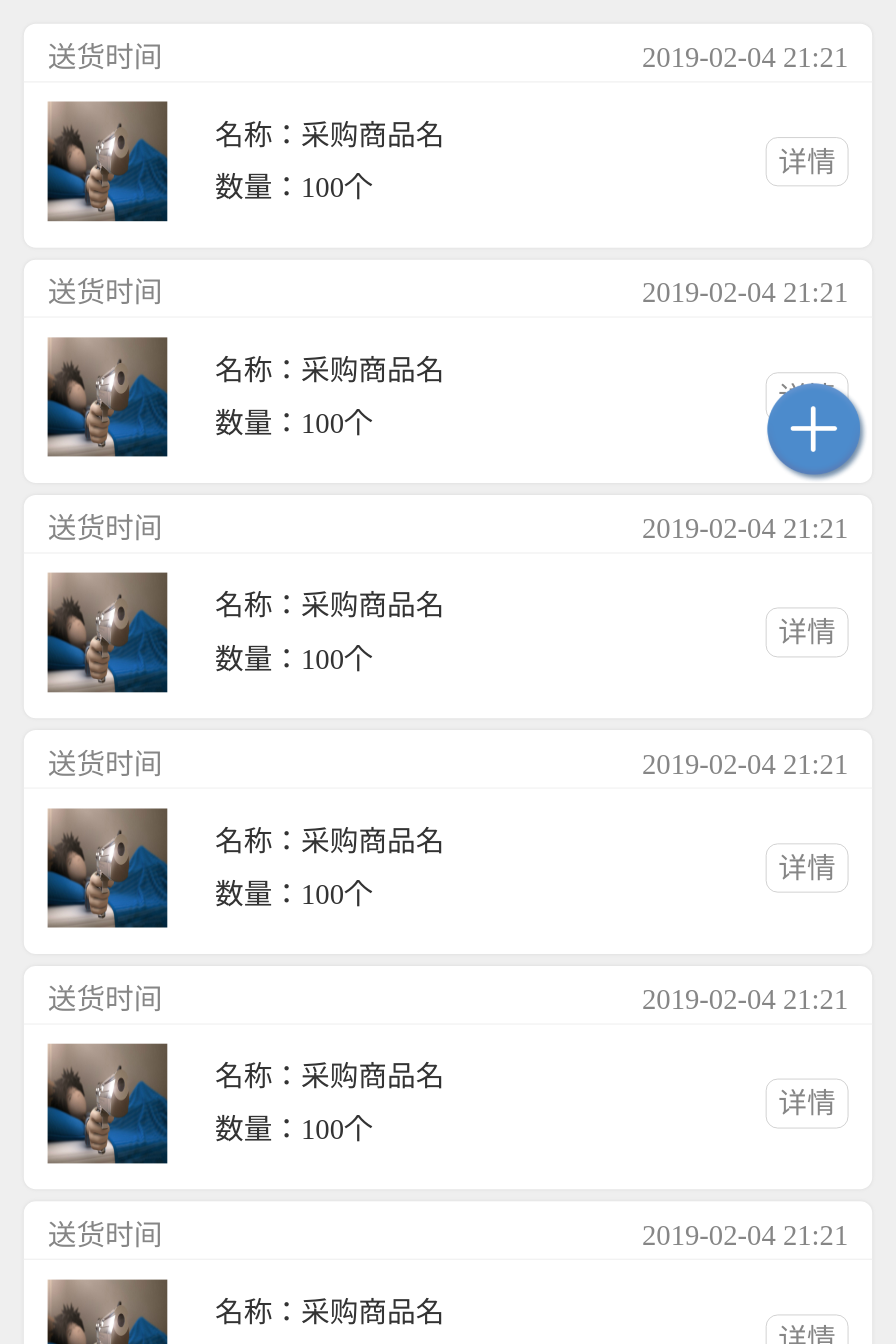
Repository: missing-star/produce
Page: Cindex.html
These files come from the project's save history. The page is drawn as it stood at one moment and after the next save; the edit follows.
The browser window is 1280 px wide. The pictures show the part of the page from y = 0 to 1920 px (the page is 2917 px tall before and 1531 px after), at 70% of full size.
The page's requests for data from a server got no answer.

Above is the page before, as saved 2019-05-20 11:07:08.

After the next save:
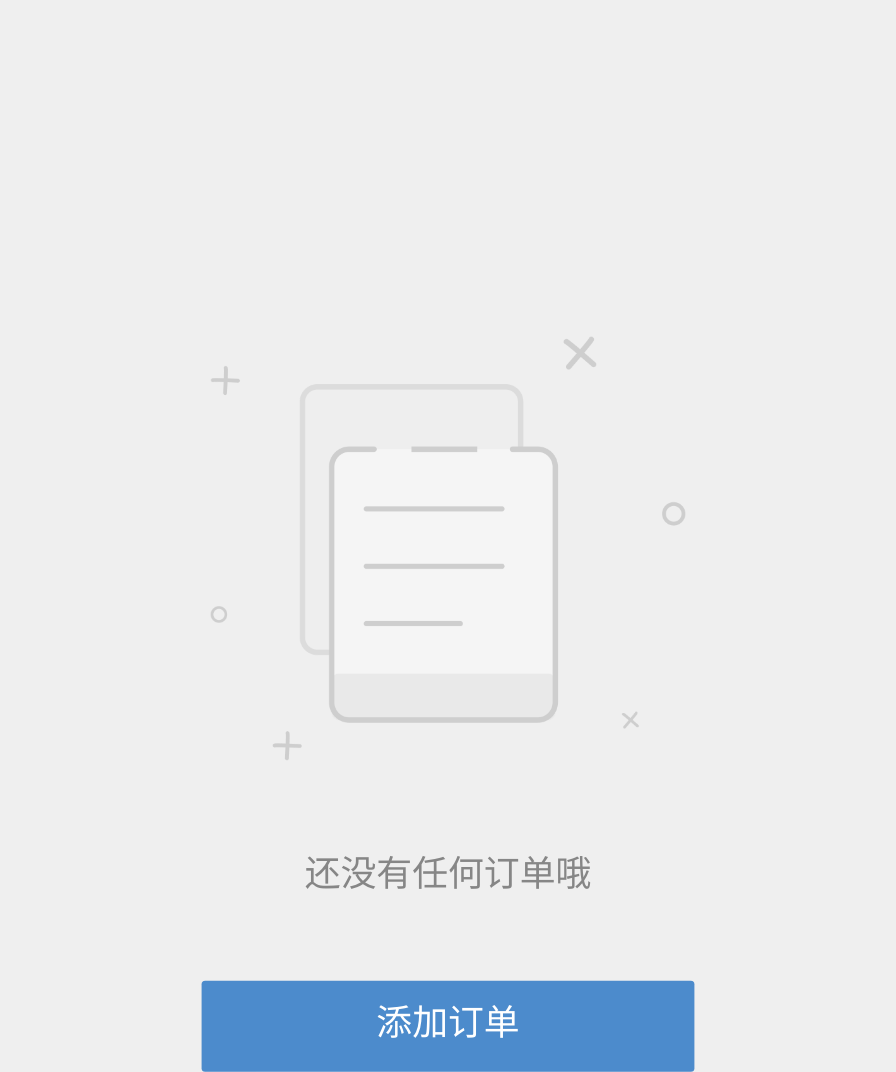
Saved 6 s later.
--- a/js/Cindex.js
+++ b/js/Cindex.js
@@ -2,7 +2,7 @@ var xm = new Vue({
     el: "#app",
     data: {
         show: false,
-        procureList: [{}, {}, {}, {}, {}, {}, {}, {}],
+        procureList: [],
     },
     methods: {
         addProduce() {
